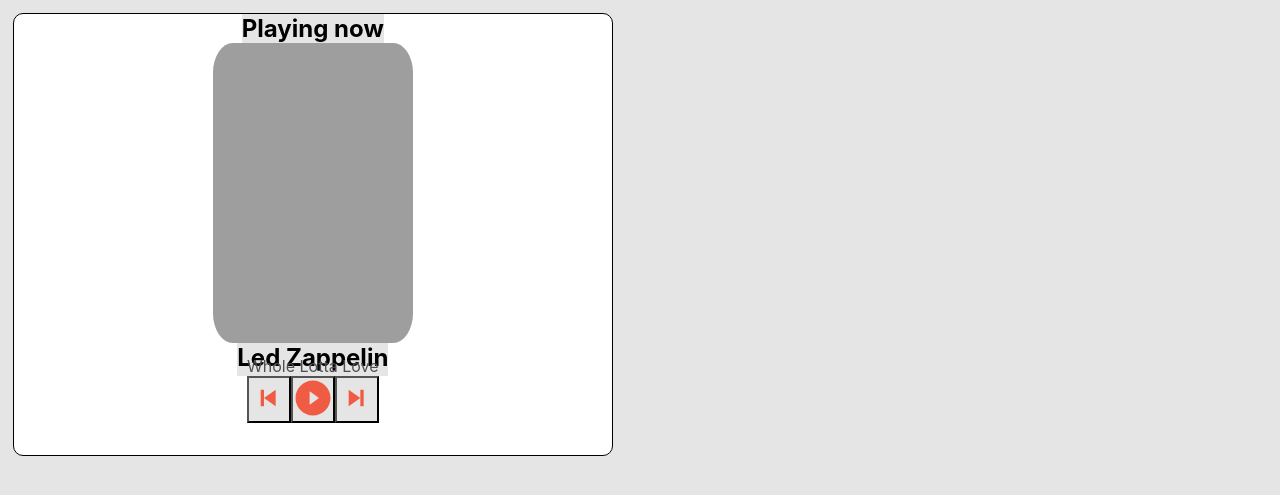
Repository: Sxcram02/playlist
Page: /
These files come from the project's save history. The page is drawn as it stood at one moment and after the next save; the edit follows.
The browser window is 1280 px wide. The pictures show the whole page.
Pictures or frames that could not be fetched are drawn as grey boxes. The project was rebuilt for these pictures with package versions that can differ from the ones it lists, and the page was loaded fresh each time.

Above is the page before, as saved 2023-02-22 18:02:23.

After the next save:
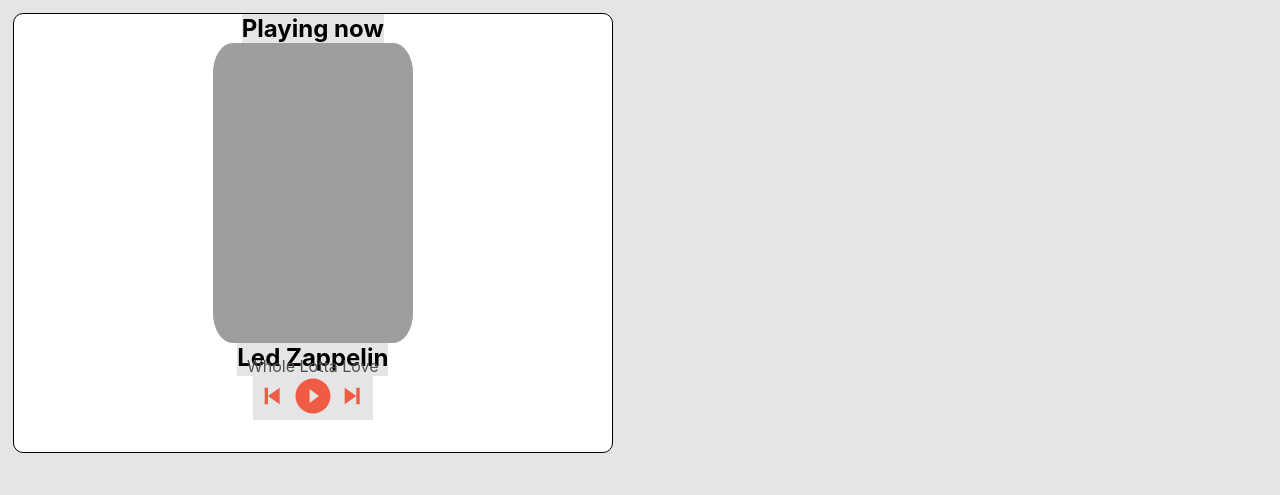
Saved 22 s later.
--- a/src/App.css
+++ b/src/App.css
@@ -40,5 +40,5 @@
 
 .playButton {
     background: none;
-    bac
+    border: none;
 }
